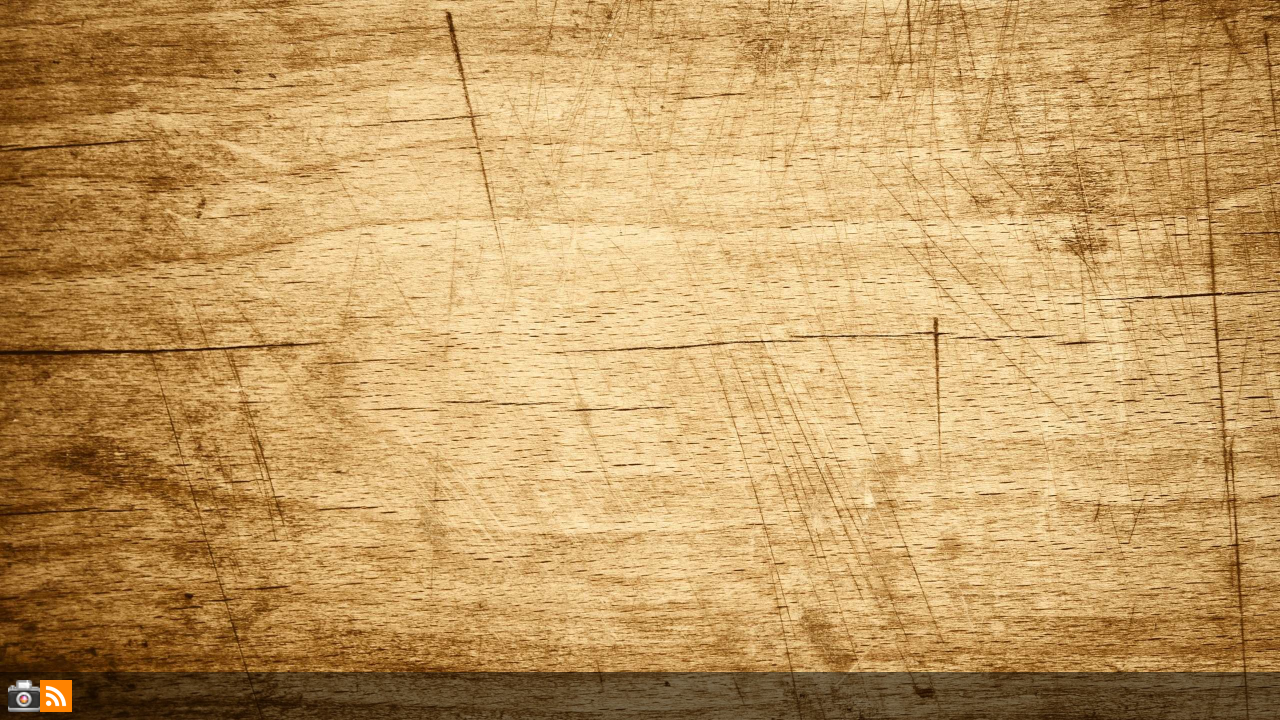
Repository: dv222bk/1dv403-laborationer
Page: 5-pwd/index.html
The author's editor kept a record of every edit. The page is drawn from the files as they stood at one moment, then again after the next edit.
The browser window is 1280 px wide. The pictures show the whole page.

Above is the page before.

After the next edit:
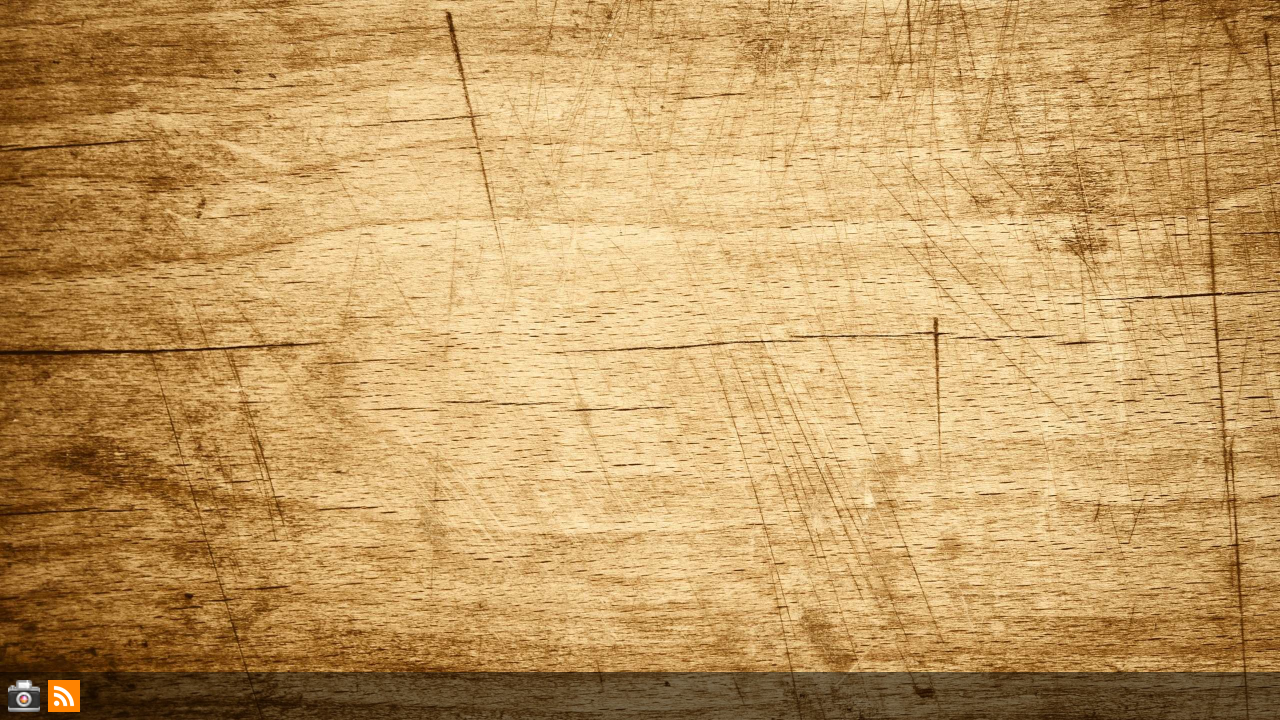
The edit:
--- a/5-pwd/DESKTOPAPP/css/desktopstyle.css
+++ b/5-pwd/DESKTOPAPP/css/desktopstyle.css
@@ -77,6 +77,7 @@
 .desktopApp .appIcon {
     height: 2em;
     width: 2em;
+    margin-right: 0.5em;
     transition: 0.1s ease;
 }
 .desktopApp .appIcon:hover {
